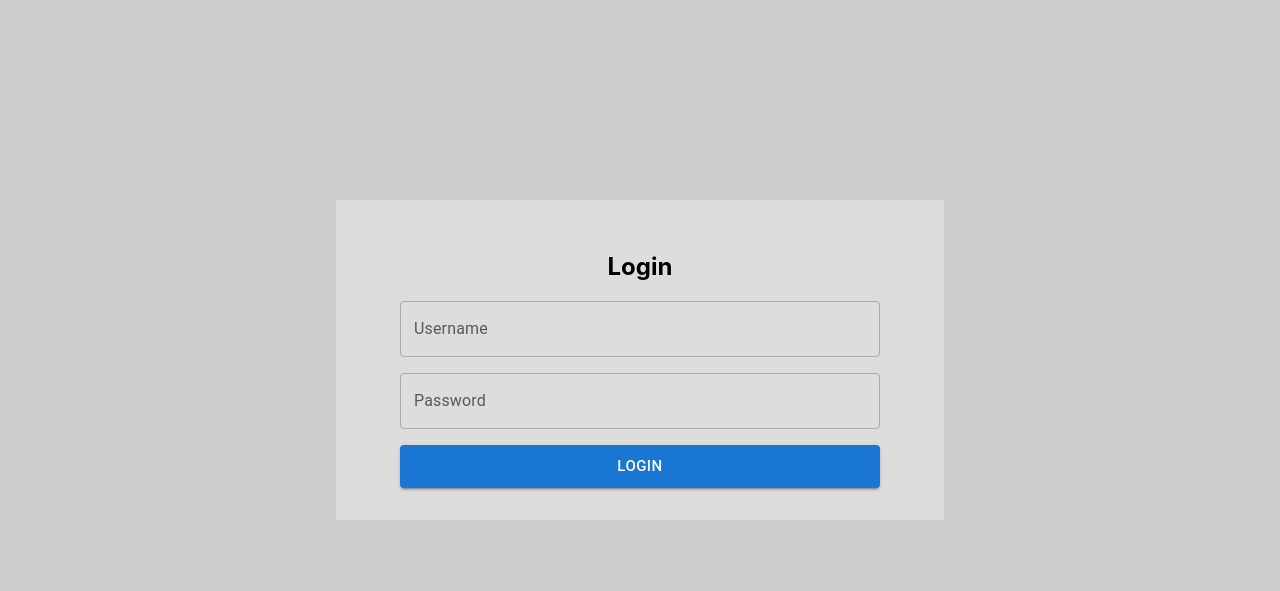
Repository: devhalo21028/learn-react
Page: /login (app in end-to-end-test/my-app/)
The author's editor kept a copy of each file at every save. The page is drawn from the files as they stood at one save, then again after the next save.
The browser window is 1280 px wide. The pictures show the whole page.
The project was rebuilt for these pictures with package versions that can differ from the ones it lists, and the page was loaded fresh each time. Also part of the build but not shown: end-to-end-test/my-app/src/general/components/Welcome/Welcome.tsx, end-to-end-test/my-app/src/auth/hooks/useAuth.ts, end-to-end-test/my-app/src/auth/components/RequireAuth/RequireAuth.tsx.

Above is the page before, as saved 2022-01-17 15:26:54.

After the next save:
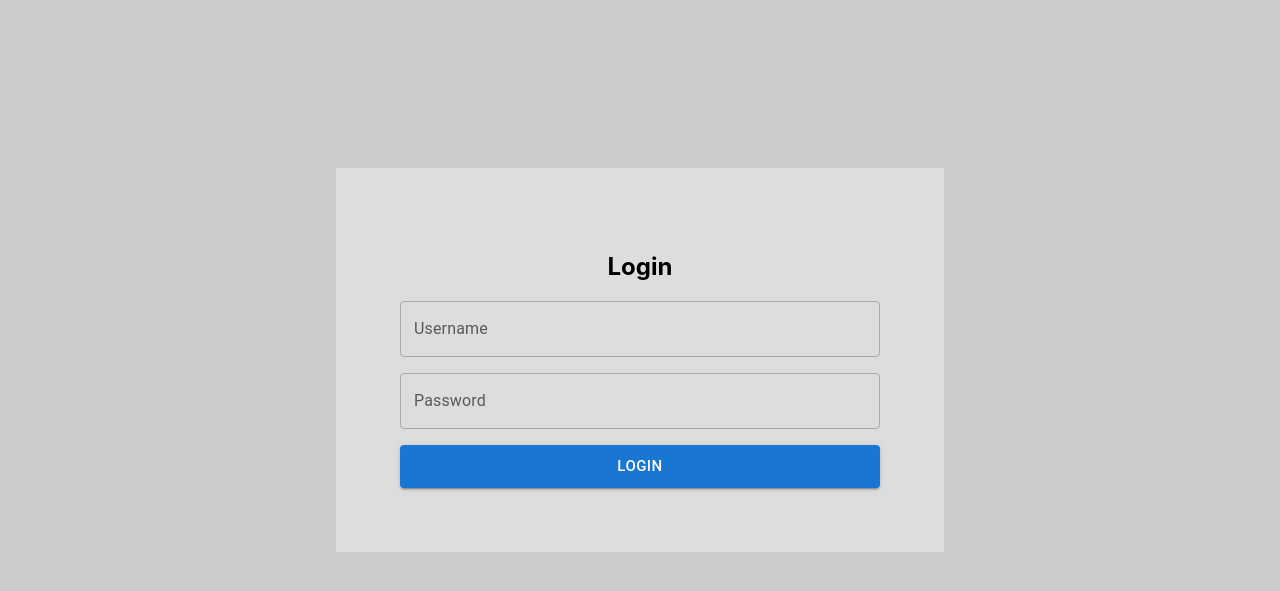
Saved 5 s later.
--- a/end-to-end-test/my-app/src/auth/components/Login/Login.tsx
+++ b/end-to-end-test/my-app/src/auth/components/Login/Login.tsx
@@ -17,7 +17,7 @@ function Login() {
       <div
         css={css`
           background: #ddd;
-          padding: 2rem 4rem;
+          padding: 4rem;
           min-width: 30rem;
         `}
       >
